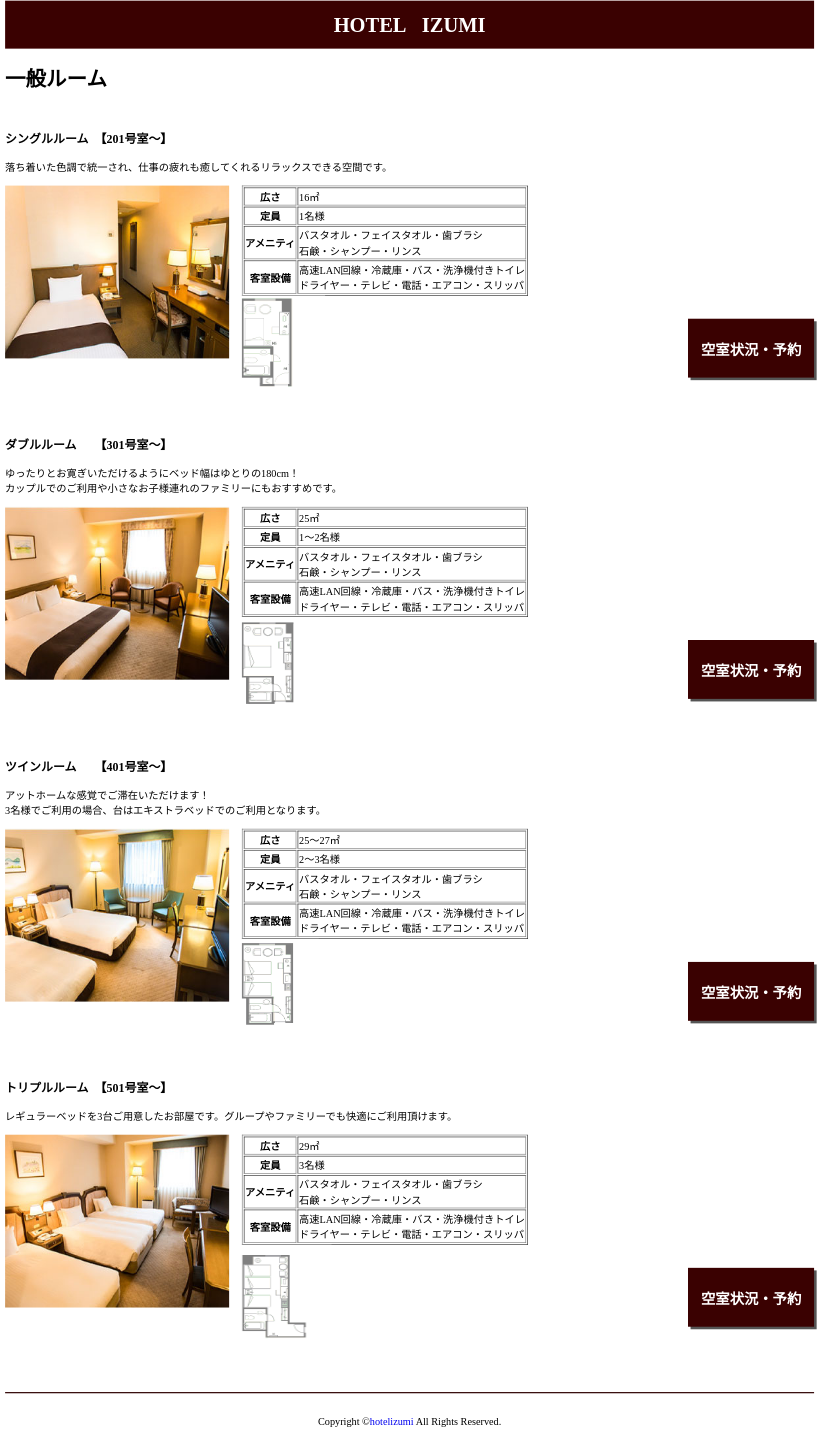
Repository: sep-dev/hotel_site
Page: http://localhost/HOTEL_IZUMI/general
These files come from the project's save history. The page is drawn as it stood at one moment and after the next save; the edit follows.
The browser window is 1280 px wide. The pictures show the whole page, at 64% of full size.
The page is served by Tomcat 9. Other server files are loaded and not shown.

Above is the page before, as saved 2016-05-30 04:39:26.

### HOTEL_IZUMI/src/main/webapp/WEB-INF/views/general.jsp
<!DOCTYPE html>
<%@ page language="java" contentType="text/html; charset=UTF-8" pageEncoding="UTF-8"%>
<%@ taglib prefix="form" uri="http://www.springframework.org/tags/form" %>
<!-- http://www.aspen-hotel.co.jp/room/を参考 -->

<html>
  <head>
    <meta http-equiv="Content-Type" content="text/html; charset=Shift_JIS">
    <title>一般ルーム</title>
    <style type="text/css">
      div.example img {
        margin: 0px 20px 0px 0px;
      }
      <%@include file="../css/style.css" %>
    </style>
  </head>
  <body>
    <form action="http://localhost:8080/Izumi/calender">
      <div id="header">
        <div id="header h1"><h1><a HREF="http://localhost:8080/Izumi/top" STYLE="text-decoration:none"><font color="#FFFFFF">HOTEL&nbsp;&nbsp;&nbsp;IZUMI</font></a></h1></div>
      </div>

      <h1>一般ルーム</h1><br>
      <h3>シングルルーム　【201号室～】</h3>
      落ち着いた色調で統一され、仕事の疲れも癒してくれるリラックスできる空間です。<br><br>
      <div class="example">
        <img src="./resources/picture/ph01.jpg" alt="サンプル図" width="350" height="270"  align="left" >
      </div>
      <table border="1" >
        <tr>
          <th>広さ</th>
          <td>16㎡</td>
        </tr>
        <tr>
          <th>定員</th>
          <td>1名様</td>
        </tr>
        <tr>
          <th rowspan="2">アメニティ</th>
          <td rowspan="2">バスタオル・フェイスタオル・歯ブラシ<br>石鹸・シャンプー・リンス</td>
        </tr>
        <tr>
        </tr>
        <tr>
          <th rowspan="2">客室設備</th>
          <td rowspan="2">高速LAN回線・冷蔵庫・バス・洗浄機付きトイレ<br>ドライヤー・テレビ・電話・エアコン・スリッパ</td>
        </tr>
        <tr>
        </tr>
      </table>

      <img src="./resources/picture/ph01_shw1.png" alt="間取り図" width="130" height="146" align="left" ><br><br>

      <button class="button2" type="submit" value="201" >空室状況・予約</button>
      <br clear="all">
      <br><br><br>

      <h3>ダブルルーム　　【301号室～】</h3>
      ゆったりとお寛ぎいただけるようにベッド幅はゆとりの180cm！<br>カップルでのご利用や小さなお子様連れのファミリーにもおすすめです。<br><br>
      <div class="example">
        <img src="./resources/picture/ph04.jpg" alt="サンプル図" width="350" height="270"  align="left" >
      </div>
      <table border="1" >
        <tr>
          <th>広さ</th>
          <td>25㎡</td>
        </tr>
        <tr>
          <th>定員</th>
          <td>1～2名様</td>
        </tr>
        <tr>
          <th rowspan="2">アメニティ</th>
          <td rowspan="2">バスタオル・フェイスタオル・歯ブラシ<br>石鹸・シャンプー・リンス</td>
        </tr>
        <tr>
        </tr>
        <tr>
          <th rowspan="2">客室設備</th>
          <td rowspan="2">高速LAN回線・冷蔵庫・バス・洗浄機付きトイレ<br>ドライヤー・テレビ・電話・エアコン・スリッパ</td>
        </tr>
        <tr>
        </tr>
      </table>

      <img src="./resources/picture/ph04_shw1.png" alt="間取り図" width="130" height="146" align="left" ><br><br>

      <button class="button2" type="submit" value="301" >空室状況・予約</button>
      <br clear="all">
      <br><br><br>

      <h3>ツインルーム　　【401号室～】</h3>
      アットホームな感覚でご滞在いただけます！<br>3名様でご利用の場合、台はエキストラベッドでのご利用となります。<br><br>

      <div class="example">
        <img src="./resources/picture/ph06.jpg" alt="サンプル図" width="350" height="270"  align="left" >
      </div>
      <table border="1" >
        <tr>
          <th>広さ</th>
          <td>25～27㎡</td>
        </tr>
        <tr>
          <th>定員</th>
          <td>2～3名様</td>
        </tr>
        <tr>
          <th rowspan="2">アメニティ</th>
          <td rowspan="2">バスタオル・フェイスタオル・歯ブラシ<br>石鹸・シャンプー・リンス</td>
        </tr>
        <tr>
        </tr>
        <tr>
          <th rowspan="2">客室設備</th>
          <td rowspan="2">高速LAN回線・冷蔵庫・バス・洗浄機付きトイレ<br>ドライヤー・テレビ・電話・エアコン・スリッパ</td>
        </tr>
        <tr>
        </tr>
      </table>

      <img src="./resources/picture/ph06_shw1.png" alt="間取り図" width="120" height="146" align="left" ><br><br>

      <button class="button2" type="submit" value="401" >空室状況・予約</button>
      <br clear="all">
      <br><br><br>

      <h3>トリプルルーム　【501号室～】</h3>
      レギュラーベッドを3台ご用意したお部屋です。グループやファミリーでも快適にご利用頂けます。<br><br>
      <div class="example">
        <img src="./resources/picture/ph07.jpg" alt="サンプル図" width="350" height="270"  align="left" >
      </div>
      <table border="1" >
        <tr>
          <th>広さ</th>
          <td>29㎡</td>
        </tr>
        <tr>
          <th>定員</th>
          <td>3名様</td>
        </tr>
        <tr>
          <th rowspan="2">アメニティ</th>
          <td rowspan="2">バスタオル・フェイスタオル・歯ブラシ<br>石鹸・シャンプー・リンス</td>
        </tr>
        <tr>
        </tr>
        <tr>
          <th rowspan="2">客室設備</th>
          <td rowspan="2">高速LAN回線・冷蔵庫・バス・洗浄機付きトイレ<br>ドライヤー・テレビ・電話・エアコン・スリッパ</td>
        </tr>
        <tr>
        </tr>
      </table>

      <img src="./resources/picture/ph07_shw1.png" alt="間取り図" width="140" height="146" align="left" ><br><br>

      <button class="button2" type="submit" value="501" >空室状況・予約</button>
      <br clear="all">
      <br><br><br>

      <div id="footer">
        <p id="copyright">Copyright &copy;<a href="http://hotelizumi.com">hotelizumi</a> All Rights Reserved.</p>
      </div>
    </form>
  </body>
</html>

### HOTEL_IZUMI/src/main/webapp/WEB-INF/views/common/header.jsp
<%@ taglib uri="http://java.sun.com/jsp/jstl/core" prefix="c" %>
<%@ taglib prefix="form" uri="http://www.springframework.org/tags/form"%>
<%@page language="java" contentType="text/html; charset=UTF-8" pageEncoding="UTF-8"%>
<%@ page contentType="text/html; charset=UTF-8"%>

### HOTEL_IZUMI/src/main/webapp/WEB-INF/css/style.css
html{
    margin: 0;
    margin-top:-20px;
    padding: 0;
    width:100%;
    height:100%;
}
.top{
	display:block;
	margin-left:auto;
	margin-right:auto;
}

#contents {
    top : 0px;
    padding : 10px;
    margin : 10px;
    text-align : center;
}

#contents img{
    padding-bottom:10px;
}

#contents button {
    font-size: 1.4em;
    font-weight: bold;
    padding: 10px 30px;
    background-color: #200;
    color: #ffffff;
    border-style: none;
}

#table{
    border:0;
    background-color:#CCCCCC;
    font-size:24px;
    color:#666666;
    width:200px;
}

#table3{
    border:0;
    background-color:#CCCCCC;
    font-size:24px;
    color:#666666;
    width:200px;
}

/*--------calender----------*/
#Sunday{
    text-align:center;
    width:200;
    height:40;
    background-color:#C7D8ED;
    color:#FF3300;
    padding:15px;
}
#MonFri{
    text-align:center;
    width:200;
    background-color:#C7D8ED;
    color:#666666;
    padding:15px;
}
#Saturday{
    text-align:center;
    width:200;
    background-color:#C7D8ED;
    color:#666666;
    padding:15px;
}
#Saturday2{
    text-align:center;
    width:200;
    background-color:#A6C0E1;
    color:#666666;
}
#Sunday2{
    text-align:center;
    height:40;
    background-color:#FFCC99;
    color:#666666;
}
#Weekday{
    text-align:center;
    background-color:#FFFFFF;
    color:#666666;
    width:200;
}
#publicholiday{
    text-align:center;
    background-color:#FF3300;
    color:#FFFFFF;
}
#table2 tr td{
    border:0;
    font-size:24px;
    color:#666666;
    width:400px;
}
#float{
    float:left;
}
/* --------------------------------------*/

#header {
    top: 0px;
    left: 0px;
    height: 75px;
    margin-right: auto;
    margin-left: auto;
    text-align : center;
    background-color : #3A0101;

}
#header h1{
    padding-top: 20px;
    font-family: 'Times New Roman', Times, serif;
 	color:#ffffff;
}


#top{
    font-size: 200%;
}

#oneset{
	padding-top: 10px;
	padding-bottom: 10px;

	border-width: thick;
	border-color: #999AAA;
	border-style: ridge;
}
#name
{
    text-align: center;
	font-size: 150%;
    font-family: 'Segoe UI', Tahoma, Geneva, Verdana, sans-serif;
    font-weight: bold;
    background-color: #999AAA;
    font-family: 'Times New Roman', Times, serif;

}
#message{
	color: #000000;
    padding-left: 300px;
	font-size: 150%;

	text-align: left; margin-left: 100px; margin-right: 0px; width: 1000px;
}


/*---------入力フォーム----------*/

#reservation{

    padding-top: 20px;
    margin-bottom:50px;
    font-family: 'Times New Roman', Times, serif;
 	color:#000000;
}

#form{
    margin-top:30px

}


button.button2 {
    float:right;
    font-size: 1.4em;
    font-weight: bold;
    padding: 30px 20px;
    background-color: #3A0101;
    color: #ffffff;
    border-style: none;
    font-family: 'Times New Roman', Times, serif;
    box-shadow:4px 4px #555;
}

/*
footer ------------------------------------------------------*/

#footer {
    margin-top:30px;
    border-top:2px solid #3A1010;
    padding-top:20px;
    padding-bottom:20px;
}

#footer p{
    text-align:center;
}
#footer p a{
    text-decoration: none;
}
#footborder hr{
    border-color:#3A1010;
    border-width:1px;
}

After the next save:
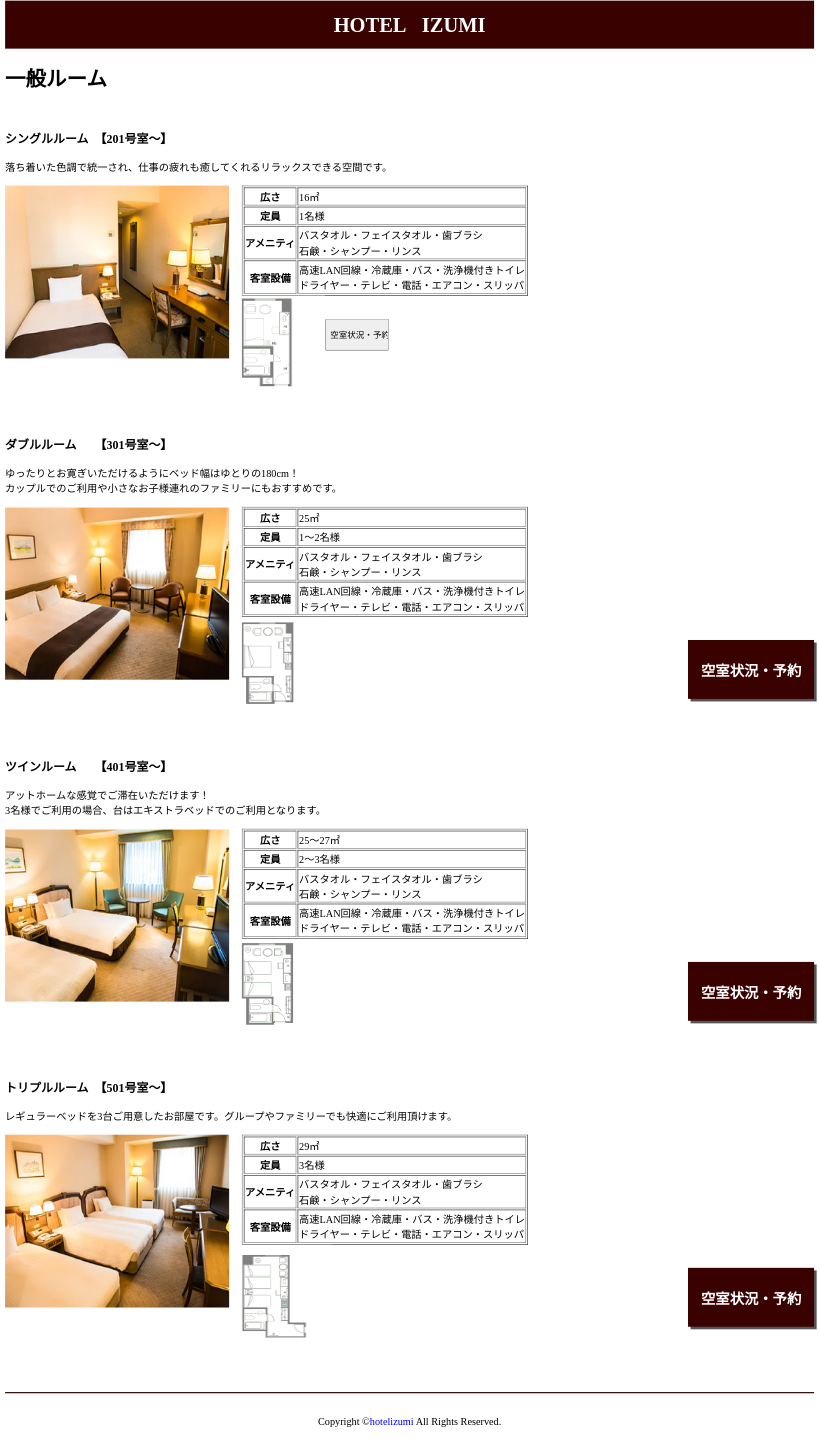
Saved 34 min 46 s later.
--- a/HOTEL_IZUMI/src/main/webapp/WEB-INF/views/general.jsp
+++ b/HOTEL_IZUMI/src/main/webapp/WEB-INF/views/general.jsp
@@ -51,7 +51,7 @@
 
       <img src="./resources/picture/ph01_shw1.png" alt="間取り図" width="130" height="146" align="left" ><br><br>
 
-      <button class="button2" type="submit" value="201" >空室状況・予約</button>
+      <input type="submit" value="空室状況・予約" style="width:100px; height:50px" >
       <br clear="all">
       <br><br><br>
 
